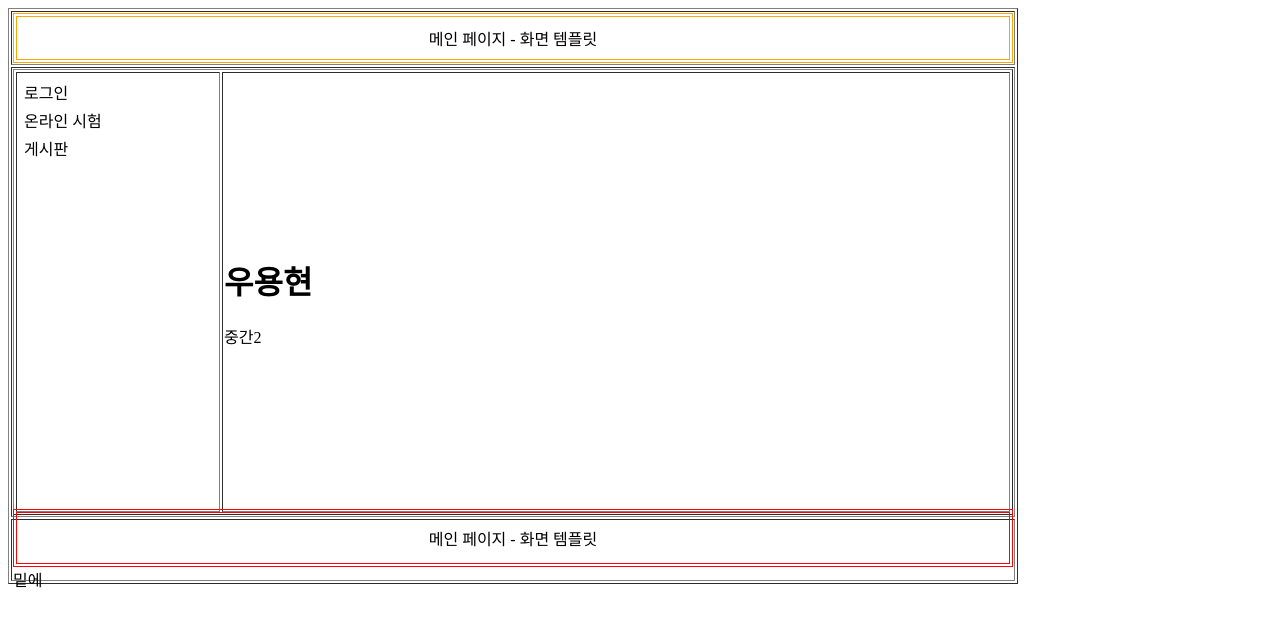
Repository: ikobean/ikoebean
Page: http://localhost/dev_jsp/ch07/index.jsp
These files come from the project's save history. The page is drawn as it stood at one moment and after the next save; the edit follows.
The browser window is 1280 px wide. The pictures show the whole page.
The page is served by Tomcat 9.

Above is the page before, as saved 2019-07-17 02:35:54.

After the next save:
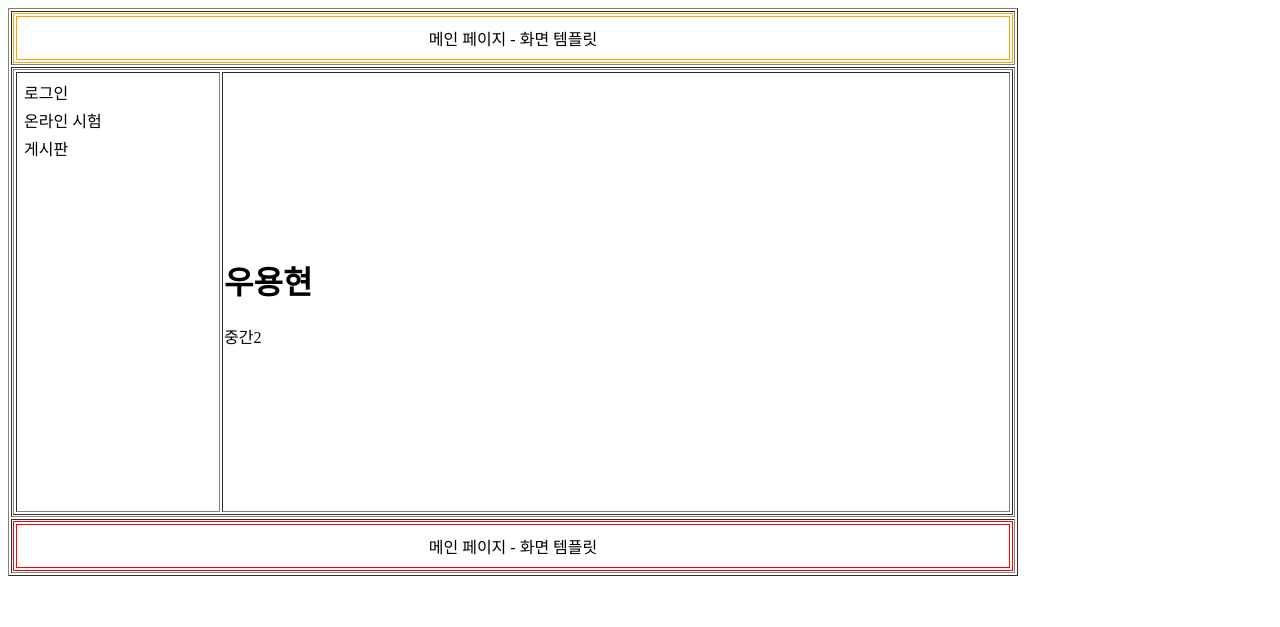
Saved 3 s later.
--- a/workspace_jsp/dev_jsp/WebContent/ch07/index.jsp
+++ b/workspace_jsp/dev_jsp/WebContent/ch07/index.jsp
@@ -38,7 +38,7 @@
 	<tr>
 		<td height="50">
 		<jsp:include page="bottom.jsp" flush="false"/>
-		밑에
+
 		</td>
 	</tr>
 </table>
